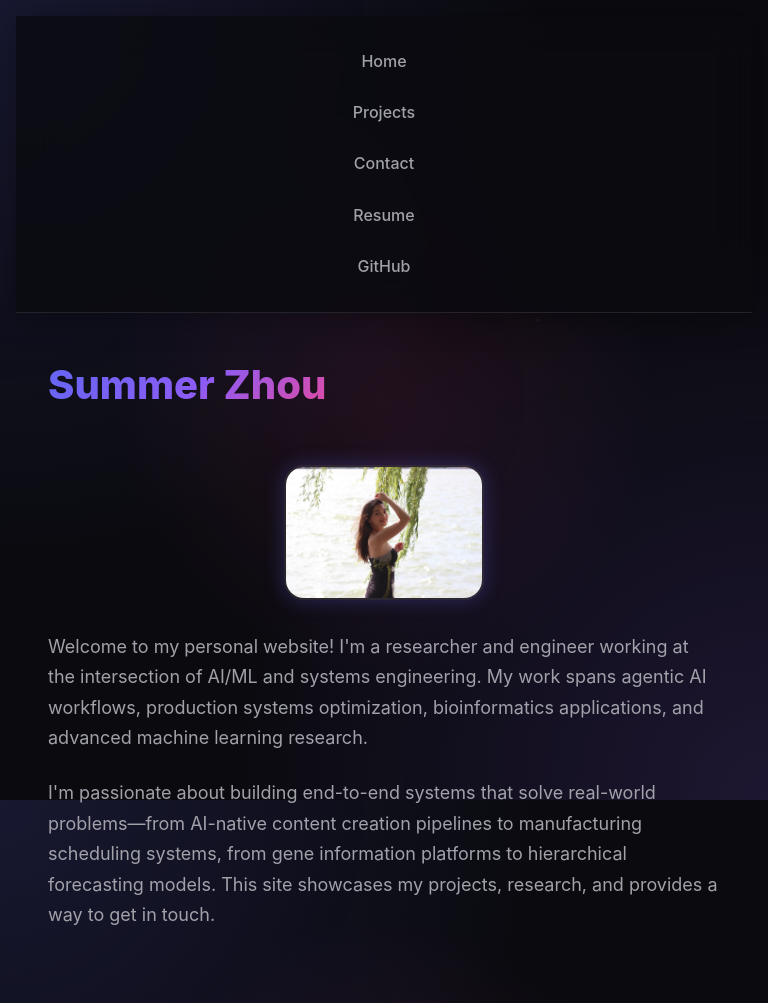
Repository: SummerZ27/personal-website
Page: index.html
These files come from the project's save history. The page is drawn as it stood at one moment and after a run of saves; the edit follows.
The browser window is 768 px wide. The pictures show the whole page.
Backgrounds fixed to the window are drawn as part of the page.

Above is the page before, as saved 2026-02-10 13:49:14.

### index.html
<!DOCTYPE html>
<html lang="en">
<head>
    <meta charset="UTF-8">
    <meta name="viewport" content="width=device-width, initial-scale=1.0">
    <title>Summer Zhou: Personal site and portfolio</title>
    <link rel="stylesheet" href="style.css">
</head>
<body>
    <nav>
        <a href="index.html">Home</a>
        <a href="projects/index.html">Projects</a>
        <a href="contact/index.html">Contact</a>
        <a href="files/resume.pdf" target="_blank">Resume</a>
        <a href="https://github.com/SummerZ27" target="_blank">GitHub</a>
    </nav>

    <main>
        <div class="header-section">
            <h1>Summer Zhou</h1>
            <img src="images/profile.png" alt="Portrait photo of Summer Zhou">
        </div>

        <p>Welcome to my personal website! I'm a researcher and engineer working at the intersection of AI/ML and systems engineering. My work spans agentic AI workflows, production systems optimization, bioinformatics applications, and advanced machine learning research.</p>

        <p>I'm passionate about building end-to-end systems that solve real-world problems—from AI-native content creation pipelines to manufacturing scheduling systems, from gene information platforms to hierarchical forecasting models. This site showcases my projects, research, and provides a way to get in touch.</p>
    </main>
</body>
</html>

### style.css
/* Modern CSS Reset & Base Styles */
* {
    margin: 0;
    padding: 0;
    box-sizing: border-box;
}

:root {
    --primary-color: #6366f1;
    --secondary-color: #8b5cf6;
    --accent-color: #ec4899;
    --bg-dark: #0a0a0f;
    --bg-card: rgba(255, 255, 255, 0.05);
    --text-primary: #ffffff;
    --text-secondary: #a1a1aa;
    --border-color: rgba(255, 255, 255, 0.1);
    --shadow-glow: 0 0 20px rgba(99, 102, 241, 0.3);
}

body {
    font-family: -apple-system, BlinkMacSystemFont, 'Segoe UI', 'Roboto', 'Oxygen', 'Ubuntu', 'Cantarell', sans-serif;
    font-size: 18px;
    line-height: 1.7;
    color: var(--text-primary);
    background: var(--bg-dark);
    background-image:
        radial-gradient(at 0% 0%, rgba(99, 102, 241, 0.15) 0px, transparent 50%),
        radial-gradient(at 100% 100%, rgba(139, 92, 246, 0.15) 0px, transparent 50%),
        radial-gradient(at 50% 50%, rgba(236, 72, 153, 0.1) 0px, transparent 50%);
    background-attachment: fixed;
    min-height: 100vh;
    padding: 0;
    margin: 0;
    overflow-x: hidden;
    scroll-behavior: smooth;
}

/* Animated background particles effect */
body::before {
    content: '';
    position: fixed;
    top: 0;
    left: 0;
    width: 100%;
    height: 100%;
    background-image:
        radial-gradient(2px 2px at 20% 30%, rgba(99, 102, 241, 0.3), transparent),
        radial-gradient(2px 2px at 60% 70%, rgba(139, 92, 246, 0.3), transparent),
        radial-gradient(1px 1px at 50% 50%, rgba(236, 72, 153, 0.3), transparent),
        radial-gradient(1px 1px at 80% 10%, rgba(99, 102, 241, 0.2), transparent),
        radial-gradient(2px 2px at 90% 80%, rgba(139, 92, 246, 0.2), transparent);
    background-size: 200% 200%;
    animation: particleMove 20s ease-in-out infinite;
    pointer-events: none;
    z-index: 0;
    opacity: 0.6;
}

@keyframes particleMove {
    0%, 100% { background-position: 0% 0%, 100% 100%, 50% 50%, 80% 10%, 90% 80%; }
    50% { background-position: 100% 0%, 0% 100%, 50% 50%, 20% 90%, 10% 20%; }
}

/* Main content wrapper */
body > * {
    position: relative;
    z-index: 1;
}

/* Navigation Styles */
nav {
    background: rgba(10, 10, 15, 0.8);
    backdrop-filter: blur(20px);
    border-bottom: 1px solid var(--border-color);
    padding: 1.5rem 2rem;
    margin-bottom: 0;
    position: sticky;
    top: 0;
    z-index: 100;
    box-shadow: 0 4px 30px rgba(0, 0, 0, 0.3);
    max-width: 100%;
}

nav a {
    display: inline-block;
    margin-right: 2rem;
    text-decoration: none;
    color: var(--text-secondary);
    font-weight: 500;
    font-size: 1rem;
    position: relative;
    transition: all 0.3s ease;
    padding: 0.5rem 0;
}

nav a::after {
    content: '';
    position: absolute;
    bottom: 0;
    left: 0;
    width: 0;
    height: 2px;
    background: linear-gradient(90deg, var(--primary-color), var(--accent-color));
    transition: width 0.3s ease;
}

nav a:hover {
    color: var(--text-primary);
    transform: translateY(-2px);
}

nav a:hover::after {
    width: 100%;
}

/* Container */
main {
    max-width: 900px;
    margin: 0 auto;
    padding: 3rem 2rem 2rem 2rem;
}

/* Header Section */
.header-section {
    display: flex;
    align-items: center;
    justify-content: space-between;
    gap: 2rem;
    margin-bottom: 2rem;
    flex-wrap: wrap;
}

/* Typography */
h1 {
    font-size: 3.5rem;
    font-weight: 800;
    background: linear-gradient(135deg, var(--primary-color), var(--secondary-color), var(--accent-color));
    -webkit-background-clip: text;
    -webkit-text-fill-color: transparent;
    background-clip: text;
    margin-bottom: 0;
    animation: fadeInUp 0.8s ease;
    line-height: 1.2;
    flex: 1;
    min-width: 300px;
}

h2 {
    font-size: 2rem;
    font-weight: 700;
    color: var(--text-primary);
    margin-bottom: 1rem;
    background: linear-gradient(135deg, var(--primary-color), var(--accent-color));
    -webkit-background-clip: text;
    -webkit-text-fill-color: transparent;
    background-clip: text;
}

h3 {
    font-size: 1.5rem;
    font-weight: 600;
    color: var(--text-primary);
    margin-bottom: 0.75rem;
}

p {
    color: var(--text-secondary);
    margin-bottom: 1.5rem;
    animation: fadeIn 1s ease;
}

/* Image Styles */
img {
    max-width: 250px;
    width: 100%;
    height: auto;
    border-radius: 20px;
    box-shadow: var(--shadow-glow);
    margin: 0;
    transition: all 0.4s ease;
    border: 2px solid var(--border-color);
    animation: fadeInScale 1s ease;
    flex-shrink: 0;
}

.header-section img {
    max-width: 200px;
}

img:hover {
    transform: scale(1.05) rotate(2deg);
    box-shadow: 0 0 40px rgba(99, 102, 241, 0.5);
}

/* Section Styles */
section {
    background: var(--bg-card);
    backdrop-filter: blur(10px);
    border: 1px solid var(--border-color);
    border-radius: 20px;
    padding: 2.5rem;
    margin-bottom: 2rem;
    transition: all 0.4s ease;
    position: relative;
    overflow: hidden;
    animation: fadeInUp 0.6s ease;
}

section::before {
    content: '';
    position: absolute;
    top: 0;
    left: -100%;
    width: 100%;
    height: 100%;
    background: linear-gradient(90deg, transparent, rgba(99, 102, 241, 0.1), transparent);
    transition: left 0.5s ease;
}

section:hover {
    transform: translateY(-5px);
    border-color: var(--primary-color);
    box-shadow: 0 10px 40px rgba(99, 102, 241, 0.2);
}

section:hover::before {
    left: 100%;
}

section h2 {
    margin-top: 0;
}

/* Article Styles */
article {
    margin-bottom: 2rem;
    padding: 1.5rem;
    background: rgba(255, 255, 255, 0.02);
    border-radius: 15px;
    border-left: 3px solid var(--primary-color);
    transition: all 0.3s ease;
}

article:hover {
    background: rgba(255, 255, 255, 0.05);
    transform: translateX(5px);
}

/* List Styles */
ul {
    list-style: none;
    padding-left: 0;
}

ul li {
    padding: 0.75rem 0;
    padding-left: 1.5rem;
    position: relative;
    color: var(--text-secondary);
}

ul li::before {
    content: '▹';
    position: absolute;
    left: 0;
    color: var(--primary-color);
    font-weight: bold;
}

/* Form Styles */
form {
    background: var(--bg-card);
    backdrop-filter: blur(10px);
    border: 1px solid var(--border-color);
    border-radius: 20px;
    padding: 2.5rem;
    margin-top: 2rem;
    animation: fadeInUp 0.6s ease;
}

label {
    display: block;
    margin-bottom: 1.5rem;
    color: var(--text-primary);
    font-weight: 500;
    font-size: 1rem;
}

input[type="email"],
input[type="text"],
textarea {
    width: 100%;
    padding: 1rem;
    margin-top: 0.5rem;
    background: rgba(255, 255, 255, 0.05);
    border: 2px solid var(--border-color);
    border-radius: 10px;
    color: var(--text-primary);
    font-size: 1rem;
    font-family: inherit;
    transition: all 0.3s ease;
}

input[type="email"]:focus,
input[type="text"]:focus,
textarea:focus {
    outline: none;
    border-color: var(--primary-color);
    background: rgba(255, 255, 255, 0.08);
    box-shadow: 0 0 20px rgba(99, 102, 241, 0.3);
    transform: translateY(-2px);
}

textarea {
    min-height: 150px;
    resize: vertical;
}

button {
    background: linear-gradient(135deg, var(--primary-color), var(--secondary-color));
    color: white;
    border: none;
    padding: 1rem 2.5rem;
    font-size: 1.1rem;
    font-weight: 600;
    border-radius: 10px;
    cursor: pointer;
    transition: all 0.3s ease;
    box-shadow: 0 4px 15px rgba(99, 102, 241, 0.4);
    text-transform: uppercase;
    letter-spacing: 1px;
}

button:hover {
    transform: translateY(-3px);
    box-shadow: 0 6px 25px rgba(99, 102, 241, 0.6);
    background: linear-gradient(135deg, var(--secondary-color), var(--accent-color));
}

button:active {
    transform: translateY(-1px);
}

/* Time element */
time {
    color: var(--accent-color);
    font-weight: 500;
    font-style: normal;
}

/* Animations */
@keyframes fadeIn {
    from {
        opacity: 0;
    }
    to {
        opacity: 1;
    }
}

@keyframes fadeInUp {
    from {
        opacity: 0;
        transform: translateY(30px);
    }
    to {
        opacity: 1;
        transform: translateY(0);
    }
}

@keyframes fadeInScale {
    from {
        opacity: 0;
        transform: scale(0.9);
    }
    to {
        opacity: 1;
        transform: scale(1);
    }
}

/* Stagger animations for sections */
section:nth-child(1) { animation-delay: 0.1s; }
section:nth-child(2) { animation-delay: 0.2s; }
section:nth-child(3) { animation-delay: 0.3s; }
section:nth-child(4) { animation-delay: 0.4s; }

/* Responsive Design */
@media (max-width: 768px) {
    body {
        padding: 1rem;
    }

    nav {
        padding: 1rem;
        text-align: center;
    }

    nav a {
        display: block;
        margin: 0.5rem 0;
        margin-right: 0;
    }

    .header-section {
        flex-direction: column;
        align-items: flex-start;
    }

    h1 {
        font-size: 2.5rem;
        margin-bottom: 1.5rem;
    }

    .header-section img {
        max-width: 200px;
        align-self: center;
    }

    h2 {
        font-size: 1.5rem;
    }

    section {
        padding: 1.5rem;
    }

    img {
        max-width: 100%;
    }
}

/* Scrollbar Styling */
::-webkit-scrollbar {
    width: 10px;
}

::-webkit-scrollbar-track {
    background: var(--bg-dark);
}

::-webkit-scrollbar-thumb {
    background: linear-gradient(180deg, var(--primary-color), var(--accent-color));
    border-radius: 5px;
}

::-webkit-scrollbar-thumb:hover {
    background: linear-gradient(180deg, var(--secondary-color), var(--primary-color));
}

After the next 2 saves:
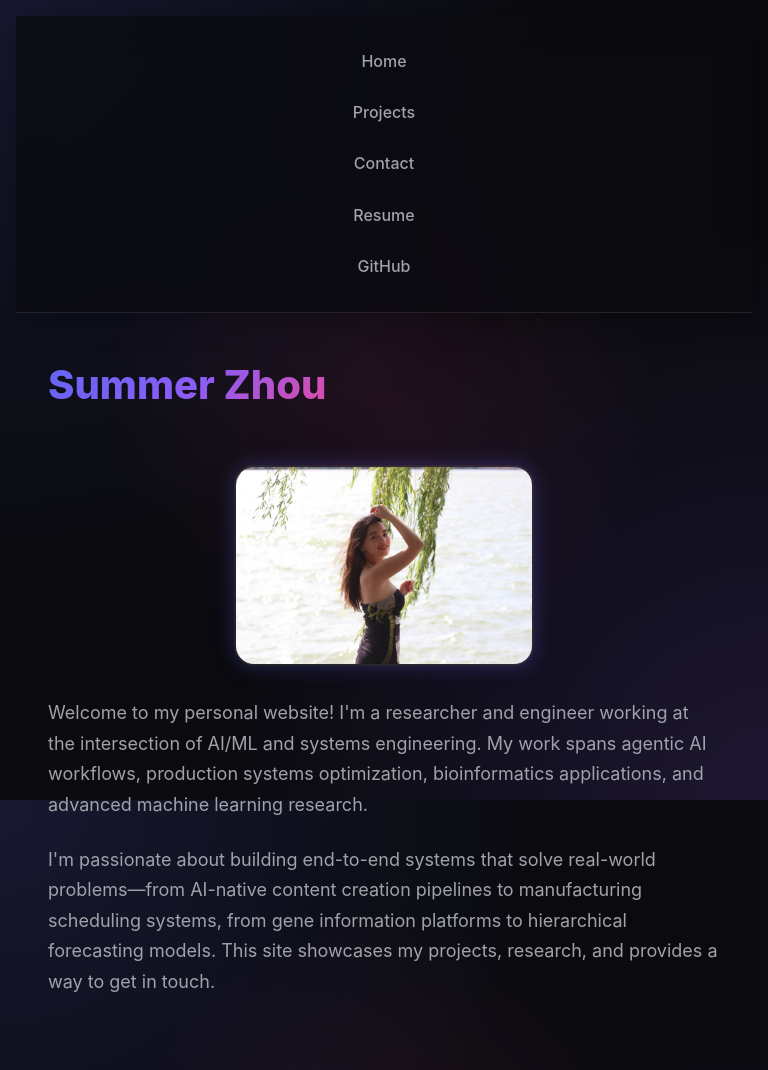
The 2 saves are shown as one change because they came seconds apart.
The last was saved 5 min 30 s later.
--- a/style.css
+++ b/style.css
@@ -184,7 +184,7 @@ img {
 }
 
 .header-section img {
-    max-width: 200px;
+    max-width: 350px;
 }
 
 img:hover {
@@ -414,7 +414,7 @@ section:nth-child(4) { animation-delay: 0.4s; }
     }
 
     .header-section img {
-        max-width: 200px;
+        max-width: 300px;
         align-self: center;
     }
 
